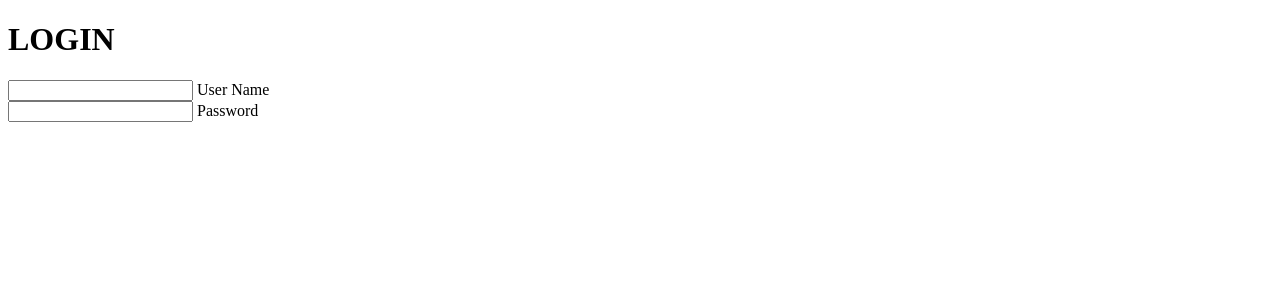
Repository: kalpesh3070/backend2
Page: flyaway/src/main/webapp/index.html
These files come from the project's save history. The page is drawn as it stood at one moment and after the next save; the edit follows.
The browser window is 1280 px wide. The pictures show the whole page.

Above is the page before, as saved 2022-11-13 13:11:36.

After the next save:
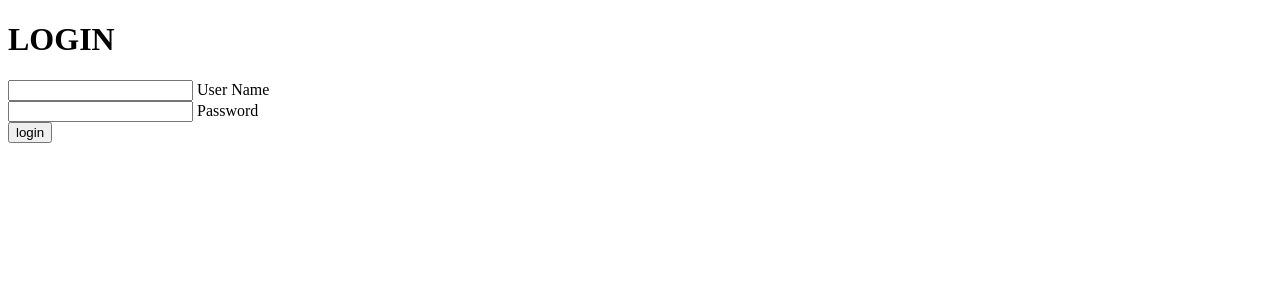
Saved 4 min 24 s later.
--- a/flyaway/src/main/webapp/index.html
+++ b/flyaway/src/main/webapp/index.html
@@ -16,6 +16,20 @@
 <input type="Password" required>
 <lable>Password</lable>
 </div>
+<input type="submit" value="login">
+<div class="signup_link"><a href=""></a></div>
+
+
+
+
+
+
+
+
+
+
+
+
 </div>
 </body>
 </html>
